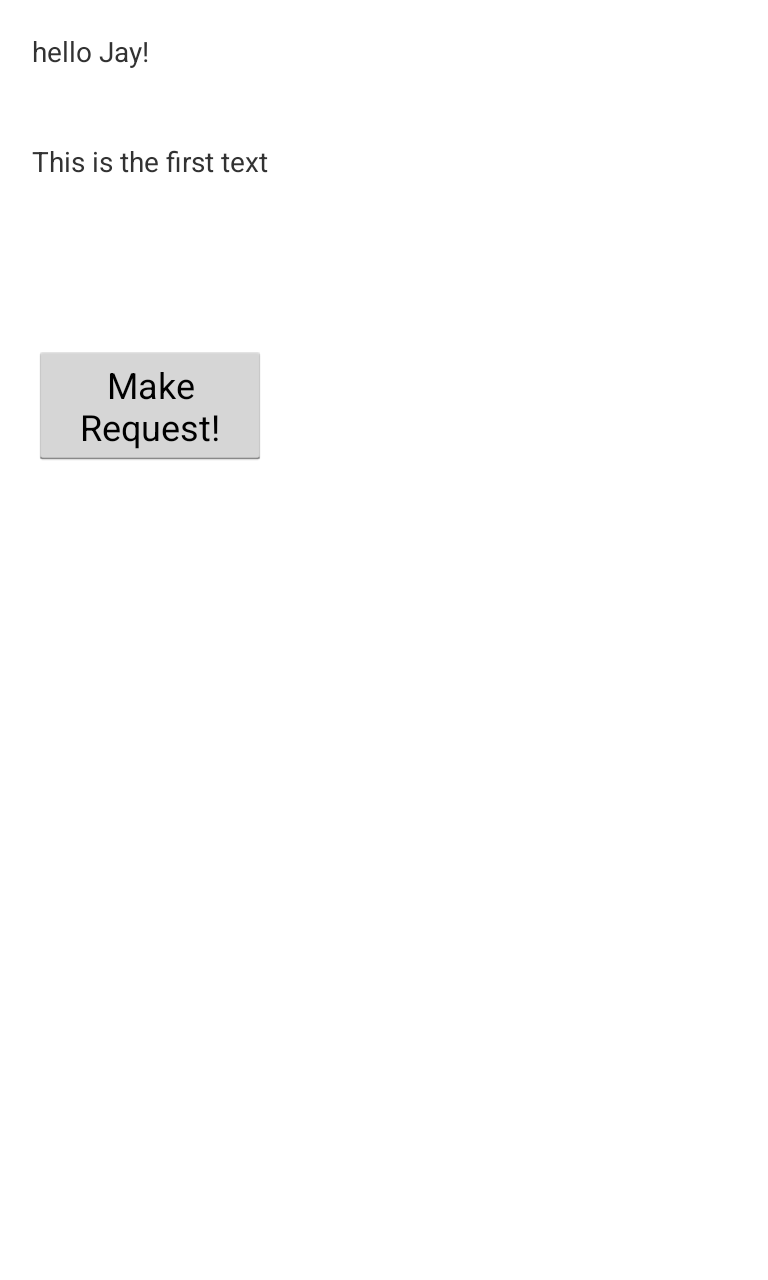
Repository: jay-silesh/ImFree
Layout: Frontend/Android_app/ImFree/res/layout/activity_main.xml
The author's editor kept a copy of each file at every save. The layout is drawn from the files as they stood at one save, then again after the next save.
It is drawn on a 768 x 1280 px phone screen (xhdpi) without system bars, with theme AppTheme; the app's code is not run.

Above is the layout before, as saved 2013-08-22 21:49:40.

### Frontend/Android_app/ImFree/res/layout/activity_main.xml
<RelativeLayout xmlns:android="http://schemas.android.com/apk/res/android"
    xmlns:tools="http://schemas.android.com/tools"
    android:layout_width="match_parent"
    android:layout_height="match_parent"
    android:paddingBottom="@dimen/activity_vertical_margin"
    android:paddingLeft="@dimen/activity_horizontal_margin"
    android:paddingRight="@dimen/activity_horizontal_margin"
    android:paddingTop="@dimen/activity_vertical_margin"
    tools:context=".MainActivity" >

    <TextView
        android:id="@+id/textView2"
        android:layout_width="wrap_content"
        android:layout_height="wrap_content"
        android:text="hello Jay!" />

    <TextView
        android:id="@+id/textView1"
        android:layout_width="wrap_content"
        android:layout_height="wrap_content"
        android:layout_alignParentLeft="true"
        android:layout_below="@+id/textView2"
        android:layout_marginTop="36dp"
        android:text="This is the first text" />

    <Button
        android:id="@+id/button1"
        android:layout_width="wrap_content"
        android:layout_height="wrap_content"
        android:layout_alignRight="@+id/textView1"
        android:layout_below="@+id/textView1"
        android:layout_marginTop="82dp"
        android:text="Make Request!" />

</RelativeLayout>

Loaded but not shown: Frontend/Android_app/ImFree/res/values/styles.xml (common file); Frontend/Android_app/ImFree/res/values-v11/styles.xml (common file); Frontend/Android_app/ImFree/res/values-v14/styles.xml (common file); Frontend/Android_app/ImFree/res/values/dimens.xml (common file)

After the next save:
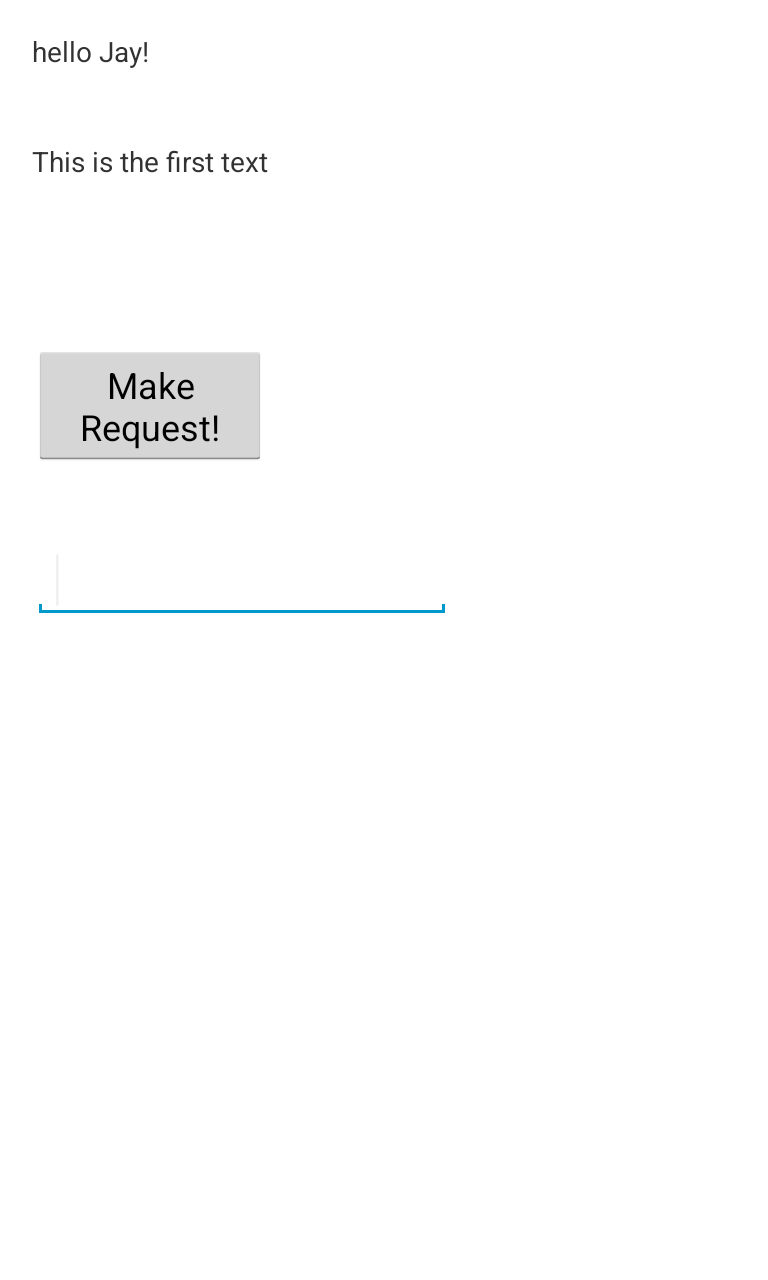
Saved 18 h 15 min later.
--- a/Frontend/Android_app/ImFree/res/layout/activity_main.xml
+++ b/Frontend/Android_app/ImFree/res/layout/activity_main.xml
@@ -32,4 +32,16 @@
         android:layout_marginTop="82dp"
         android:text="Make Request!" />
 
+    <EditText
+        android:id="@+id/editText1"
+        android:layout_width="wrap_content"
+        android:layout_height="wrap_content"
+        android:layout_alignParentLeft="true"
+        android:layout_below="@+id/button1"
+        android:layout_marginTop="37dp"
+        android:ems="10" >
+
+        <requestFocus />
+    </EditText>
+
 </RelativeLayout>
